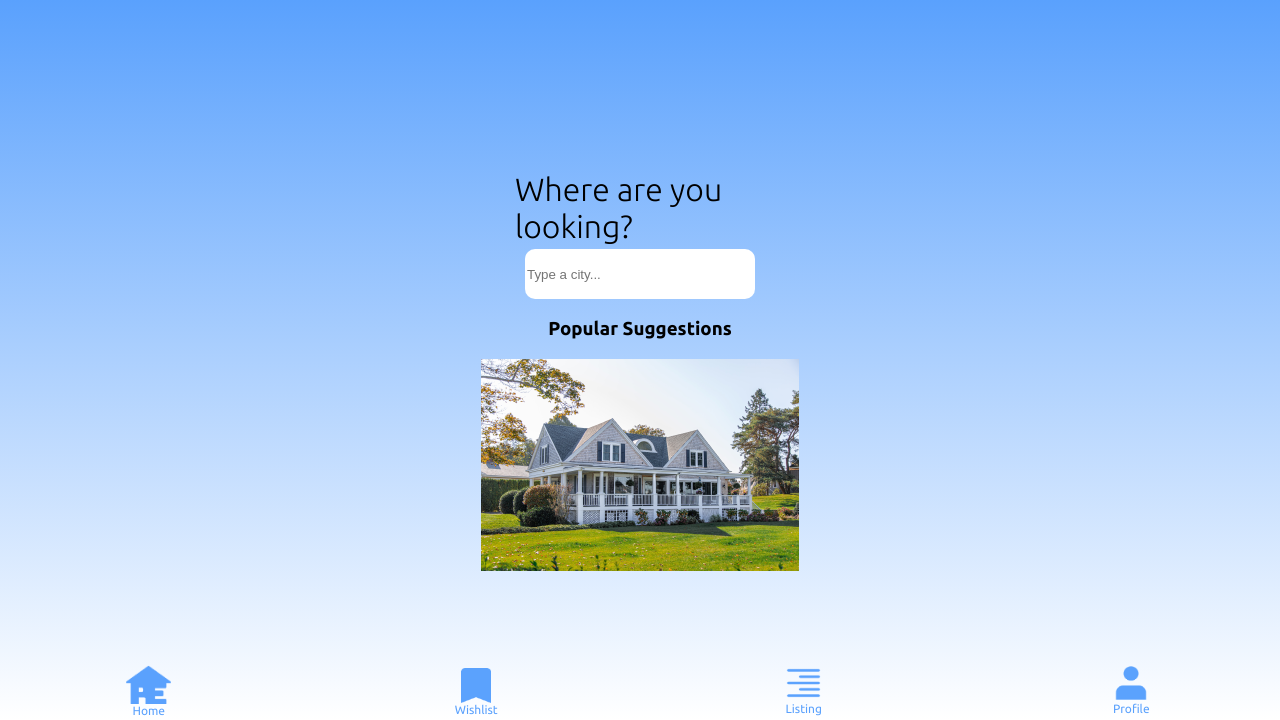
Repository: msyukurrr/realeasy
Page: /listing
These files come from the project's save history. The page is drawn as it stood at one moment and after the next save; the edit follows.
The browser window is 1280 px wide. The pictures show the whole page.
The project was rebuilt for these pictures with package versions that can differ from the ones it lists, and the page was loaded fresh each time. The framework's server and built-in components were replaced by stand-ins that run in the browser. Also part of the build but not shown: next.config.js, components/Button.js.

Above is the page before, as saved 2023-01-27 20:26:39.

### pages/listing.js
import Heading from "../components/Heading";
import NavBar from "../components/NavBar";
import styles from "../styles/Home.module.css"
import MainButton from "../components/Button.js";
import styled from "styled-components";



export default function Listing({

}){
    return(
        <><div className={styles.listing}>

        <Heading headingtxt="Where are you looking?"/>

        <input placeholder="Type a city..." style={{width:230, height:50, borderRadius:10, backgroundColor:"white", border:'transparent'}}></input>

        <h3>Popular Suggestions</h3>

        <img src="house.png"/>








        </div>
        <NavBar></NavBar>

        </>
    )
}

### styles/globals.css
@import url('https://fonts.googleapis.com/css2?family=Ubuntu:ital,wght@0,300;0,400;0,500;0,700;1,300;1,400;1,500;1,700&display=swap');

html,
body {
  padding: 0;
  margin: 0;
  font-family: "Ubuntu", sans-serif;
  background-color: #E6EEF8;
}

a {
  color: inherit;
  text-decoration: none;
}

* {
  box-sizing: border-box;
}

@media (prefers-color-scheme: dark) {
  html {
    color-scheme: dark;
  }
  body {
    color: white;
    background: E6EEF8;
  }
}

### components/Heading.js
import styled from "styled-components";

const Container = styled.div`
display: flex;
margin-left: 50px;
width: 300px;
height: 100px;

`

const Word = styled.h1`

color: ${props=>props.color};
font-weight: ${props=>props.fontweight};
`

export default function Heading({
    h1="Recommended by people around you",
    fw="300",
    color="#5AA1FD",
    headingtxt="Recommended by people around you"
}){
    return<>
    <Container>
    <Word fontweight={fw}
    >{headingtxt}</Word>
    </Container>
    </>
}

### components/NavBar.js
import styled from "styled-components";
import Link from "next/link";

const NavBarCont = styled.div`
position: fixed;
bottom: 0;
width: 100%;
`
const NavCont = styled.nav`
display: flex;
justify-content: space-around;
width: 100%;
background-color: transparent;
height: 60px;
`
const HomeCont = styled.div`
width: 50px;
height: 50px;
display:flex;
flex-direction: column;
justify-content: center;
align-items: center;
margin-top: ${props=>props.margintop};
`
const WishlistCont = styled.div`
width: 50px;
height: 50px;
display:flex;
flex-direction: column;
justify-content: center;
align-items: center;
margin-left: 30px;
margin-top: ${props=>props.margintop};
margin-bottom: ${props=>props.marginbottom};
`
const ListingCont = styled.div`
width: 50px;

display:flex;
flex-direction: column;
justify-content: center;
align-items: center;
margin-left: 30px;
margin-top: ${props=>props.margintop};
`
const ProfileCont = styled.div`
display:flex;
margin-left: 30px;
margin-top: ${props=>props.margintop};
`

const Icon = styled.img`
display: flex;
justify-content: center;
height: ${props=>props.height};
width: ${props=>props.width};
display: flex;
`

const NavList = styled.span`
display: flex;
align-self: center;
color: #5AA1FD;
font-size: 12px;
`


export default function NavBar({
    mt="5px",
    mb=""
}){
    return <NavBarCont>
    <NavCont>
        <Link href="/">
            <HomeCont margintop="6px">
                <Icon src='./logo.png' height="45px" width="45px"/>
                <NavList>Home</NavList>
            </HomeCont>
        </Link>
        <Link href="/wishlist">
            <WishlistCont margintop="7px">
                <Icon src='./wishlist.png' height="35px" width="30px"></Icon>
                <NavList>Wishlist</NavList>
            </WishlistCont>
        </Link>
        <Link href="/listing">
            <ListingCont margintop="4px">
                <Icon src='./listing.png' height="38px" width="45px"></Icon>
                <NavList>Listing</NavList>
            </ListingCont>
        </Link>
        <Link href="/profile">
            <ListingCont margintop="4px">
                <Icon src='./user.png' height="38px" width="40px"></Icon>
                <NavList>Profile</NavList>
            </ListingCont>
        </Link>
    </NavCont>
    </NavBarCont>
}

### styles/Home.module.css
.container {
  padding: 0 2rem;
}

.main {
  min-height: 100vh;
  padding: 4rem 0;
  flex: 1;
  display: flex;
  flex-direction: column;
  justify-content: center;
  align-items: center;
}


.listing {
  min-height: 100vh;
  padding: 4rem 0;
  flex: 1;
  display: flex;
  flex-direction: column;
  justify-content: center;
  align-items: center;
  background-image: linear-gradient(#5AA1FD, white);
}

.footer {
  display: flex;
  flex: 1;
  padding: 2rem 0;
  border-top: 1px solid #eaeaea;
  justify-content: center;
  align-items: center;
}

.footer a {
  display: flex;
  justify-content: center;
  align-items: center;
  flex-grow: 1;
}

.title a {
  color: #0070f3;
  text-decoration: none;
}

.title a:hover,
.title a:focus,
.title a:active {
  text-decoration: underline;
}

.title {
  margin: 0;
  line-height: 1.15;
  font-size: 4rem;
}

.title,
.description {
  text-align: center;
}

.description {
  margin: 4rem 0;
  line-height: 1.5;
  font-size: 1.5rem;
}

.code {
  background: #fafafa;
  border-radius: 5px;
  padding: 0.75rem;
  font-size: 1.1rem;
  font-family: Menlo, Monaco, Lucida Console, Liberation Mono, DejaVu Sans Mono,
    Bitstream Vera Sans Mono, Courier New, monospace;
}

.grid {
  display: flex;
  align-items: center;
  justify-content: center;
  flex-wrap: wrap;
  max-width: 800px;
}

.card {
  margin: 1rem;
  padding: 1.5rem;
  text-align: left;
  color: inherit;
  text-decoration: none;
  border: 1px solid #eaeaea;
  border-radius: 10px;
  transition: color 0.15s ease, border-color 0.15s ease;
  max-width: 300px;
}

.card:hover,
.card:focus,
.card:active {
  color: #0070f3;
  border-color: #0070f3;
}

.card h2 {
  margin: 0 0 1rem 0;
  font-size: 1.5rem;
}

.card p {
  margin: 0;
  font-size: 1.25rem;
  line-height: 1.5;
}

.logo {
  height: 1em;
  margin-left: 0.5rem;
}

@media (max-width: 600px) {
  .grid {
    width: 100%;
    flex-direction: column;
  }
}

@media (prefers-color-scheme: dark) {
  .card,
  .footer {
    border-color: #222;
  }
  .code {
    background: #111;
  }
  .logo img {
    filter: invert(1);
  }
}

Loaded but not shown: pages/_app.js (common file)

After the next save:
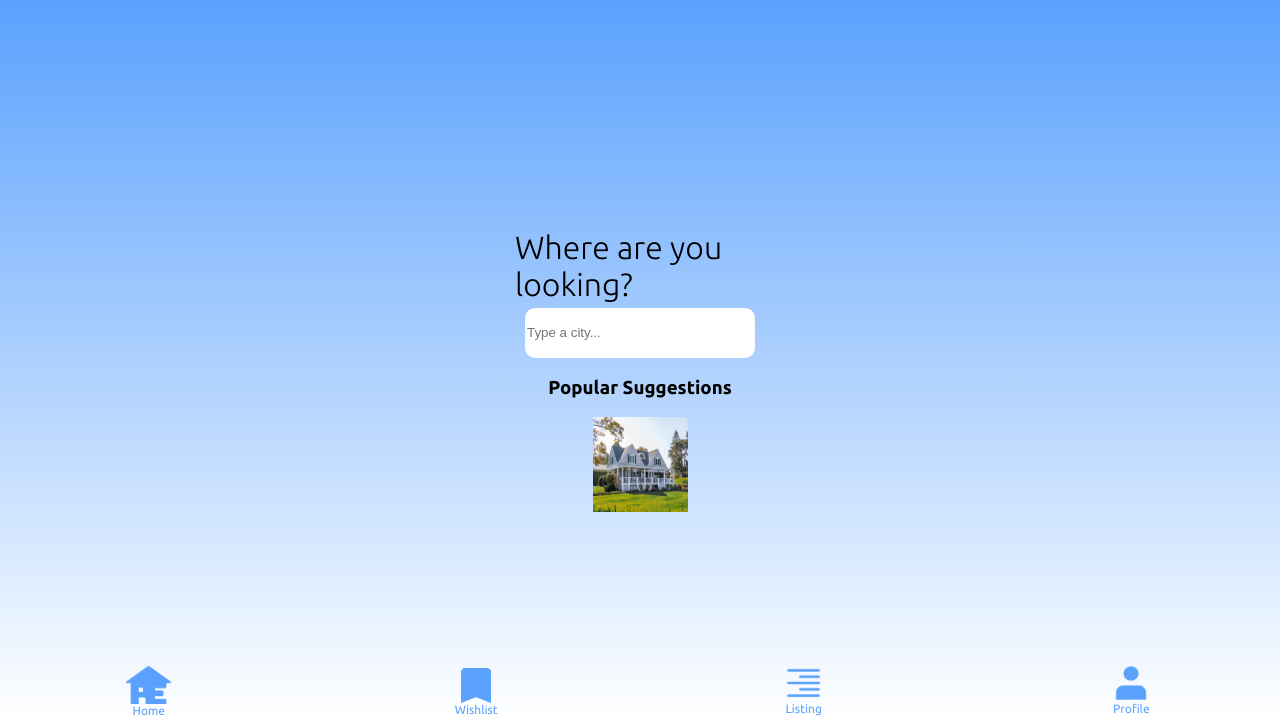
Saved 25 s later.
--- a/pages/listing.js
+++ b/pages/listing.js
@@ -18,7 +18,7 @@ export default function Listing({
 
         <h3>Popular Suggestions</h3>
 
-        <img src="house.png"/>
+        <img src="house.png" style={{width:95, height:95}}/>
 
 
 
